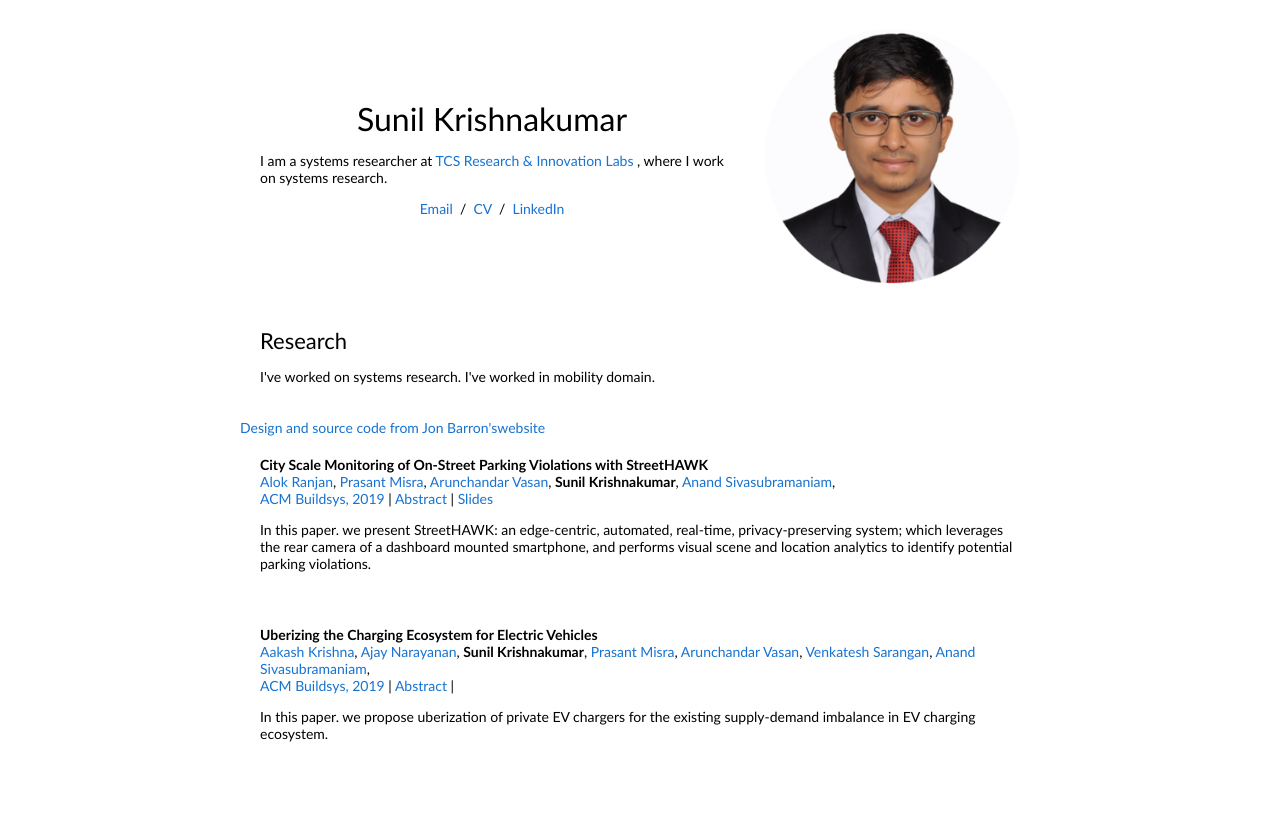
Repository: Sunil-KK/-
Page: index.html
An editor plug-in stored every save of this project. The page is shown before and after the next save, followed by the edit.
The browser window is 1280 px wide. The pictures show the whole page.

Above is the page before, as saved 2020-09-02 01:56:14.

After the next save:
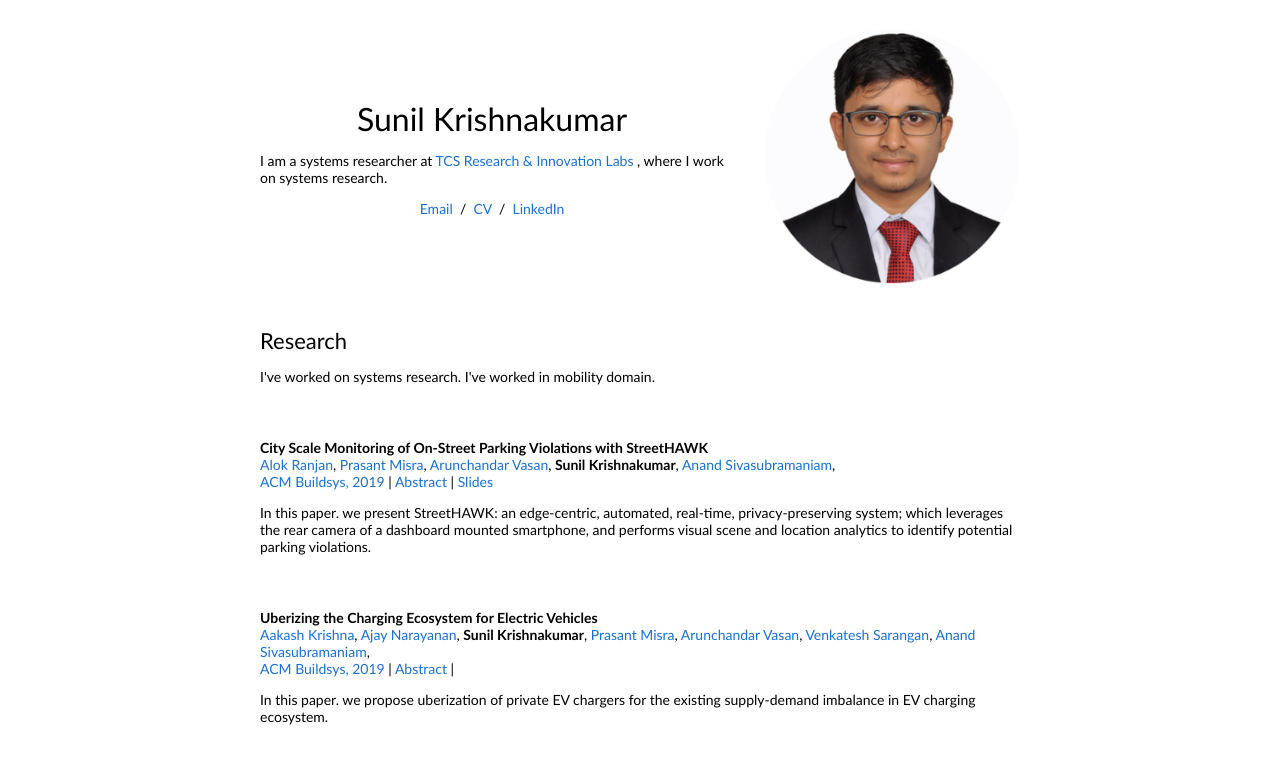
Saved 33 s later.
--- a/index.html
+++ b/index.html
@@ -110,18 +110,12 @@
         </td>
       </tr>
 
-
-
-    </td>
-        <td style="padding:20px;width:75%;vertical-align:middle"></td>
-        <a>Design and source code from </a>
-        <a href="https://jonbarron.info/">Jon Barron's</a>
-        <a>website</a>
-
-        </td>
-
-
-
+            </td>
+          </tr>
+        </tbody></table>
+      </td>
+    </tr>
+  </table>
 </body>
 
 </html>
